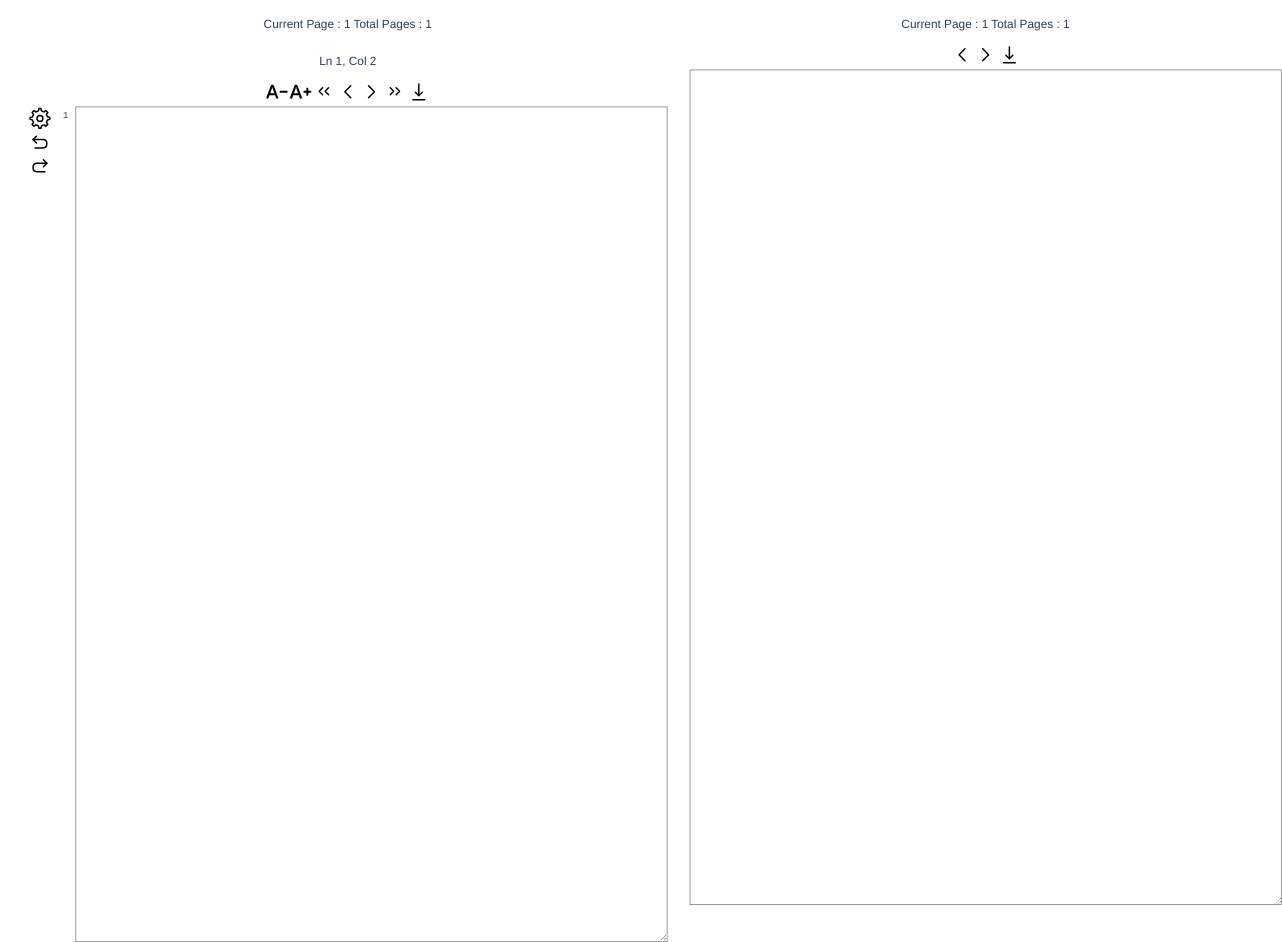
Repository: 321paranoiawhy/online-resume
Page: /
The author's editor kept a copy of each file at every save. The page is drawn from the files as they stood at one save, then again after the next save.
The browser window is 1280 px wide. The page is 1732 px wide, so the pictures cover 1732 px, including what lies to the right of the window. The pictures show the whole page, at 74% of full size.
The project was rebuilt for these pictures with package versions that can differ from the ones it lists, and the page was loaded fresh each time. Also part of the build but not shown: vue.config.js, src/components/Header.vue, src/components/Introduction.vue, src/components/Footer.vue.

Above is the page before, as saved 2022-05-29 14:07:02.

After the next save:
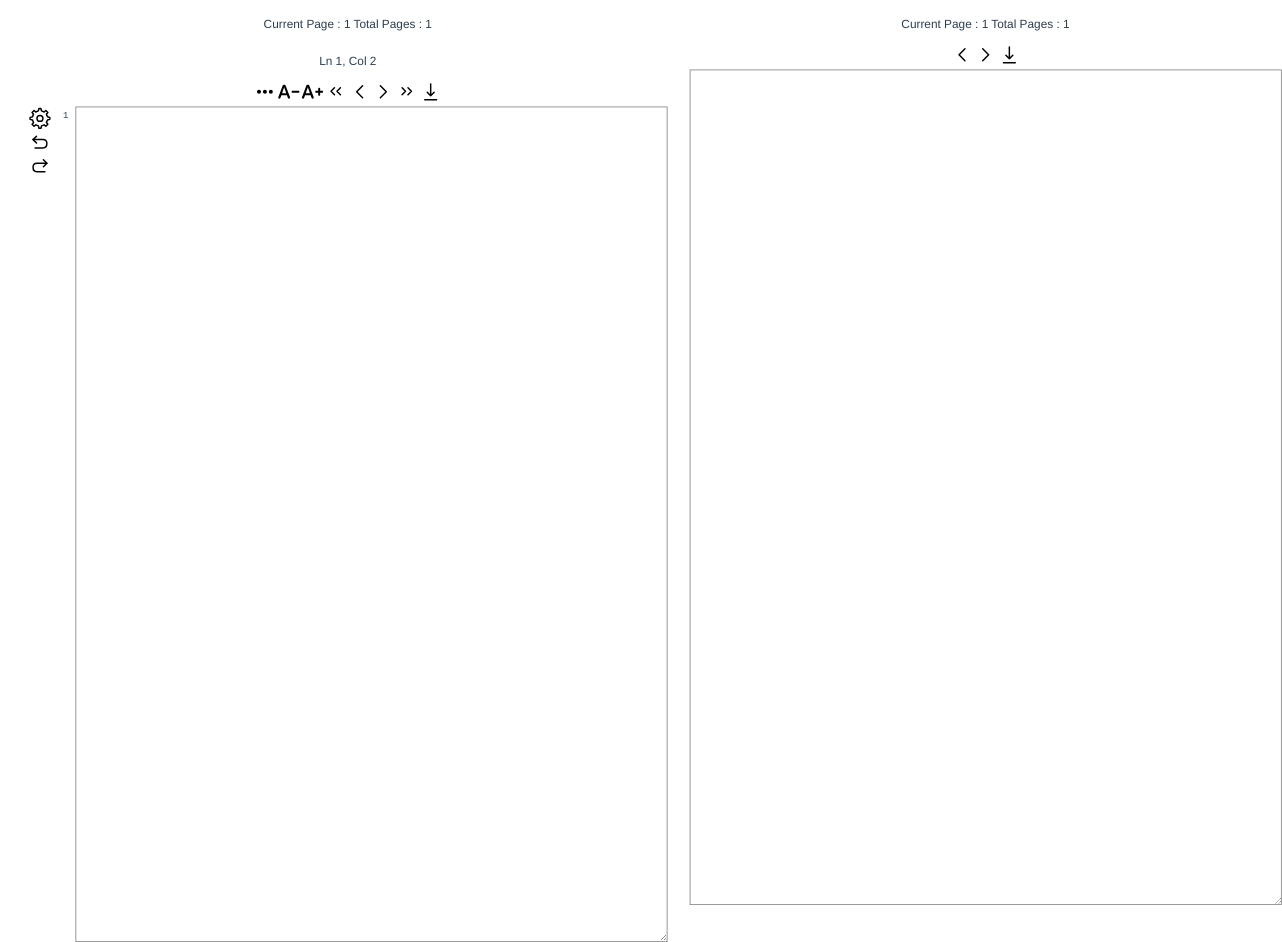
Saved 2 min 3 s later.
--- a/public/data/leftInputImage.json
+++ b/public/data/leftInputImage.json
@@ -1,4 +1,7 @@
 [
+    {
+        "img_src": "IcRoundMoreHoriz"
+    },
     {
         "img_src": "IcRoundTextDecrease"
     },
